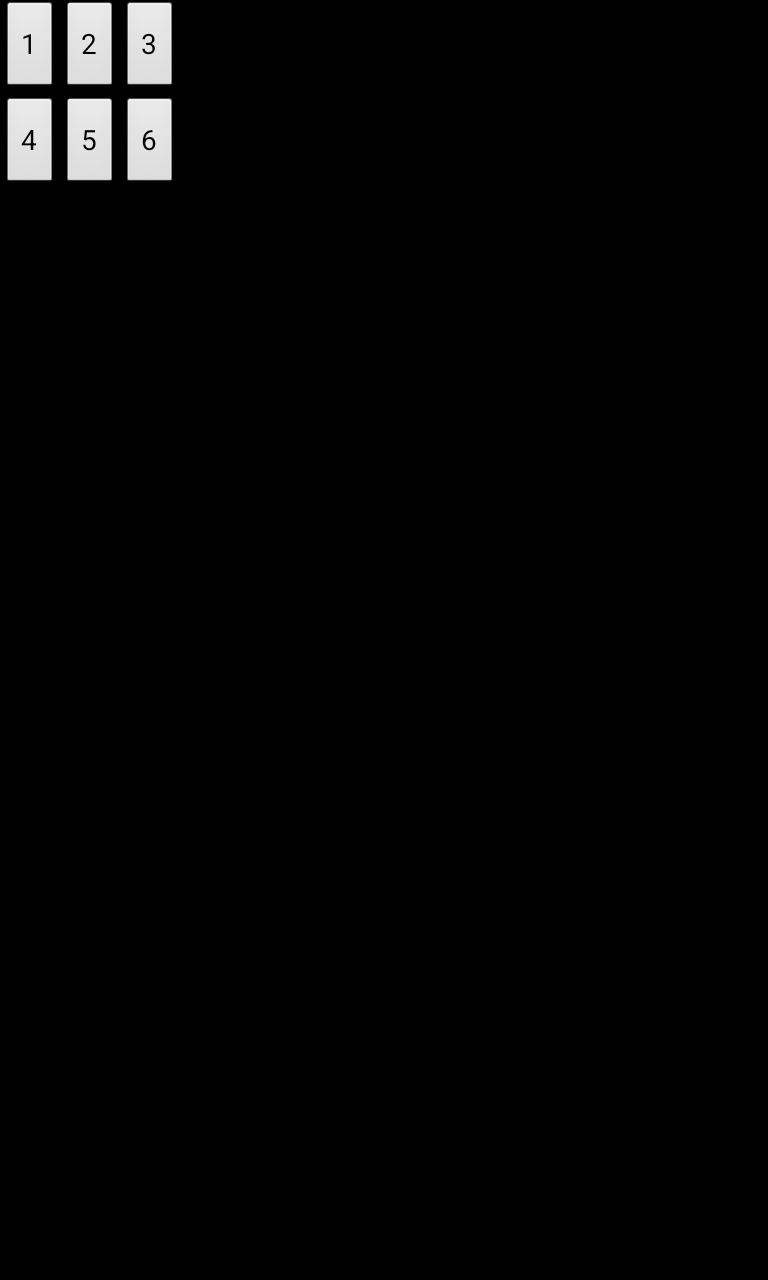
Repository: simplesns/workspace
Layout: eclipse/DEPuzzles/res/layout/temp.xml
An editor plug-in stored every save of this project. The layout is shown before and after the next save, followed by the edit.
It is drawn on a 768 x 1280 px phone screen (xhdpi) without system bars, with theme android:Theme; the app's code is not run.

Above is the layout before, as saved 2011-01-27 08:24:38.

After the next save:
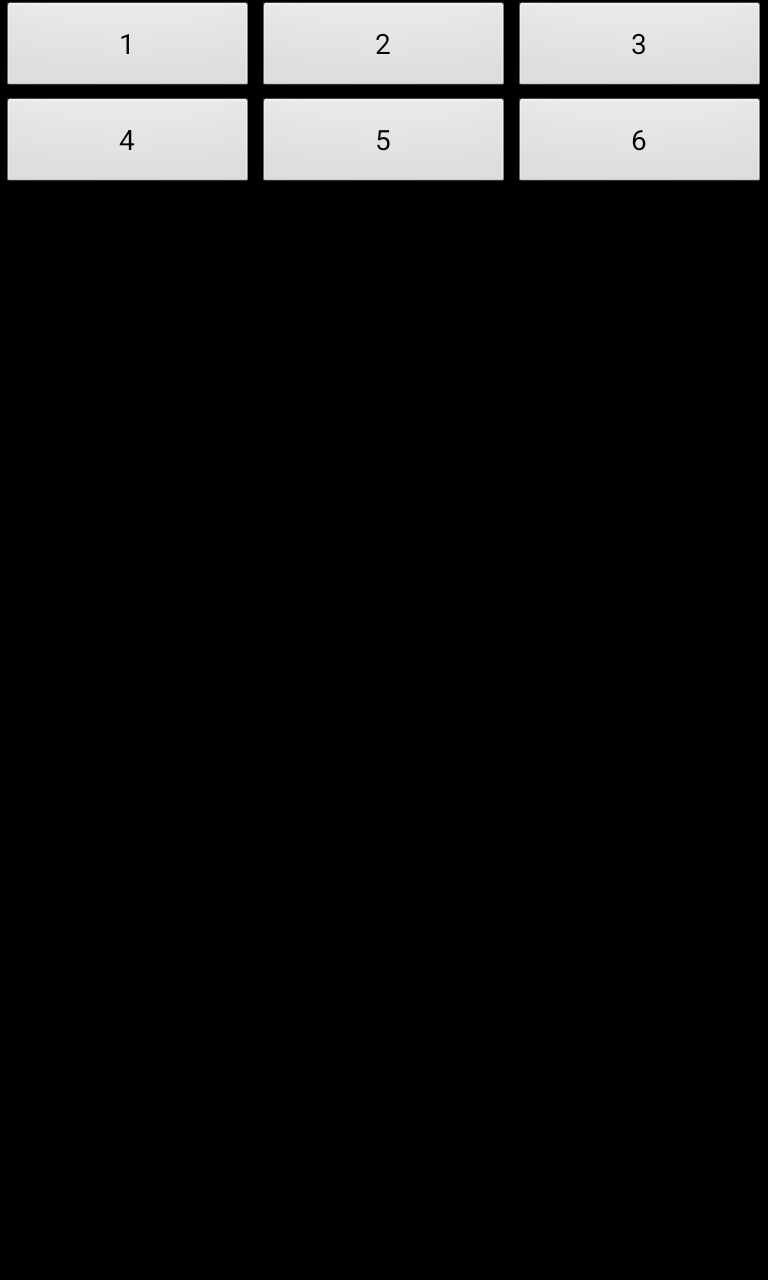
Saved 3 min 4 s later.
--- a/eclipse/DEPuzzles/res/layout/temp.xml
+++ b/eclipse/DEPuzzles/res/layout/temp.xml
@@ -5,20 +5,20 @@
 		android:layout_height="wrap_content" android:layout_width="fill_parent">
 		<TableRow android:id="@+id/TableRow01" android:layout_height="wrap_content" android:layout_width="fill_parent">
 			<Button android:id="@+id/Button01"
-				android:layout_width="wrap_content" android:layout_height="wrap_content" android:text="1"></Button>
+				android:layout_width="wrap_content" android:layout_height="wrap_content" android:layout_weight="1" android:text="1"></Button>
 			<Button android:id="@+id/Button01"
-				android:layout_width="wrap_content" android:layout_height="wrap_content" android:text="2"></Button>
+				android:layout_width="wrap_content" android:layout_height="wrap_content" android:text="2" android:layout_weight="1"></Button>
 			<Button android:id="@+id/Button01"
-				android:layout_width="wrap_content" android:layout_height="wrap_content" android:text="3"></Button>
+				android:layout_width="wrap_content" android:layout_height="wrap_content" android:text="3" android:layout_weight="1"></Button>
 		</TableRow>
 		<TableRow android:id="@+id/TableRow02" android:layout_width="wrap_content"
 			android:layout_height="wrap_content">
 			<Button android:id="@+id/Button01"
-				android:layout_width="wrap_content" android:layout_height="wrap_content" android:text="4"></Button>
+				android:layout_width="wrap_content" android:layout_height="wrap_content" android:text="4" android:layout_weight="1"></Button>
 			<Button android:id="@+id/Button01"
-				android:layout_width="wrap_content" android:layout_height="wrap_content" android:text="5"></Button>
+				android:layout_width="wrap_content" android:layout_height="wrap_content" android:text="5" android:layout_weight="1"></Button>
 			<Button android:id="@+id/Button01"
-				android:layout_width="wrap_content" android:layout_height="wrap_content" android:text="6"></Button>
+				android:layout_width="wrap_content" android:layout_height="wrap_content" android:text="6" android:layout_weight="1"></Button>
 		</TableRow>
 	</TableLayout>
 
